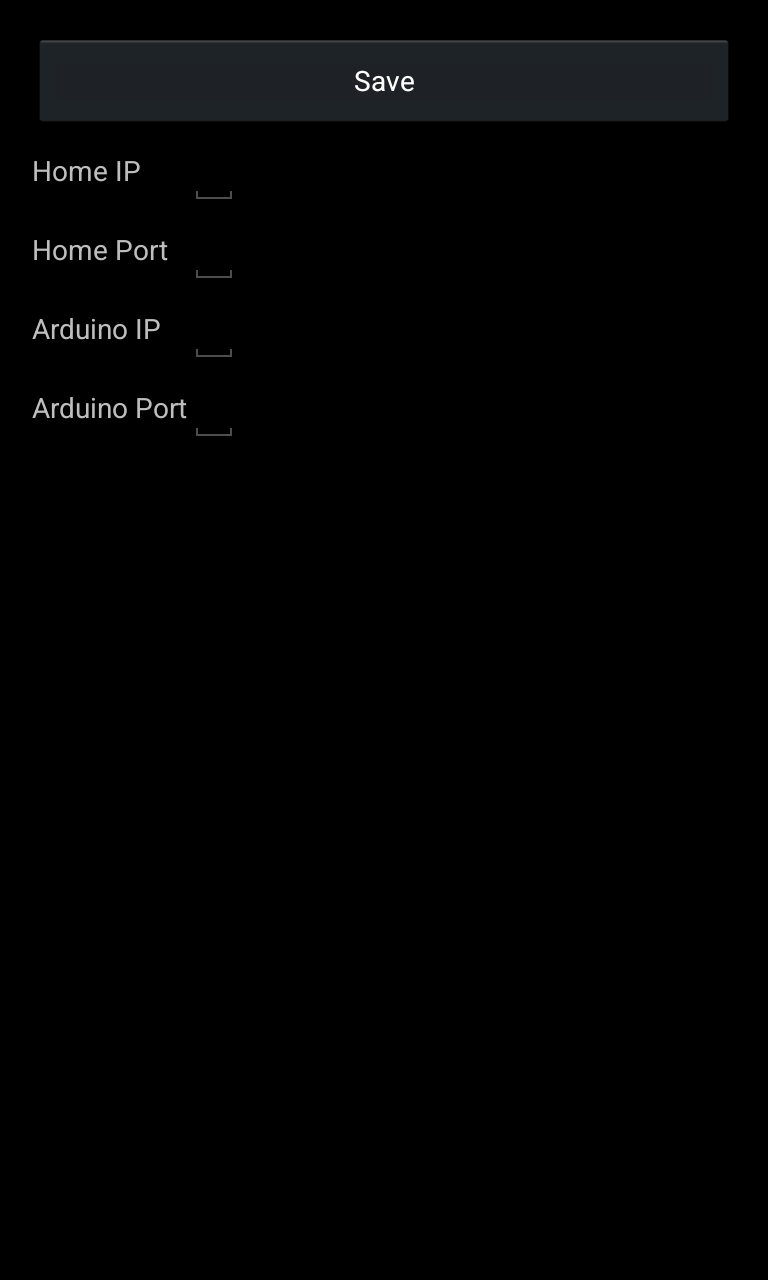
Repository: juanlurie/Android
Layout: HomeCommander/res/layout/settings.xml
The author's editor kept a copy of each file at every save. The layout is drawn from the files as they stood at one save, then again after the next save.
It is drawn on a 768 x 1280 px phone screen (xhdpi) without system bars, with theme AppTheme; the app's code is not run.

Above is the layout before, as saved 2013-08-11 09:27:33.

### HomeCommander/res/layout/settings.xml
<LinearLayout xmlns:android="http://schemas.android.com/apk/res/android"
    xmlns:tools="http://schemas.android.com/tools"
    android:layout_width="match_parent"
    android:layout_height="match_parent"
    android:background="#000000"
    android:orientation="vertical"
    android:paddingBottom="@dimen/activity_vertical_margin"
    android:paddingLeft="@dimen/activity_horizontal_margin"
    android:paddingRight="@dimen/activity_horizontal_margin"
    android:paddingTop="@dimen/activity_vertical_margin"
    tools:context=".MainActivity" >

    <Button
        android:id="@+id/saveSettings"
        style="?android:attr/buttonStyleSmall"
        android:layout_width="match_parent"
        android:layout_height="wrap_content"
        android:text="Save"
        android:textColor="#FFFFFF" />

    <TableLayout
        android:layout_width="fill_parent"
        android:layout_height="fill_parent" >

        <TableRow
            android:id="@+id/tableRow1"
            android:layout_width="wrap_content"
            android:layout_height="wrap_content" >

            <TextView
                android:text="Home IP"
                android:textAppearance="?android:attr/textAppearanceSmall" />

            <EditText android:id="@+id/homeIp" />
        </TableRow>

        <TableRow
            android:id="@+id/tableRow2"
            android:layout_width="wrap_content"
            android:layout_height="wrap_content" >

            <TextView
                android:text="Home Port"
                android:textAppearance="?android:attr/textAppearanceSmall" />

            <EditText android:id="@+id/homePort" />
        </TableRow>

        <TableRow
            android:id="@+id/tableRow3"
            android:layout_width="wrap_content"
            android:layout_height="wrap_content" >

            <TextView
                android:text="Arduino IP"
                android:textAppearance="?android:attr/textAppearanceSmall" />

            <EditText android:id="@+id/arduinoIp" />
        </TableRow>

        <TableRow
            android:id="@+id/tableRow4"
            android:layout_width="wrap_content"
            android:layout_height="wrap_content" >

            <TextView
                android:text="Arduino Port"
                android:textAppearance="?android:attr/textAppearanceSmall" />

            <EditText android:id="@+id/arduinoPort" />
        </TableRow>
    </TableLayout>

</LinearLayout>

### HomeCommander/res/values/styles.xml
<resources>

    <!--
        Base application theme, dependent on API level. This theme is replaced
        by AppBaseTheme from res/values-vXX/styles.xml on newer devices.
    -->
    <style name="AppBaseTheme" parent="android:Theme.Holo">
        <!--
            Theme customizations available in newer API levels can go in
            res/values-vXX/styles.xml, while customizations related to
            backward-compatibility can go here.
        -->
    </style>

    <!-- Application theme. -->
    <style name="AppTheme" parent="android:Theme.Holo">
        <!-- All customizations that are NOT specific to a particular API-level can go here. -->
    </style>

</resources>

Loaded but not shown: HomeCommander/res/values/dimens.xml (common file)

After the next save:
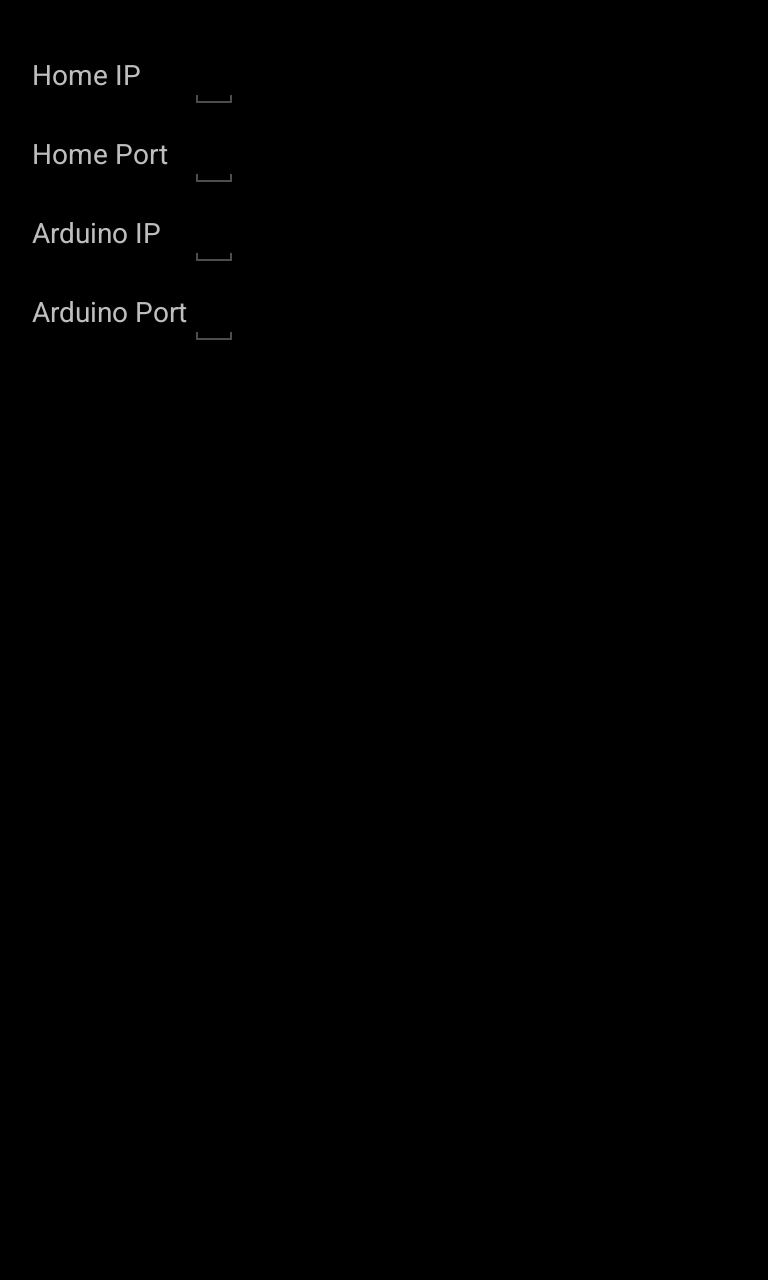
Saved 76 s later.
--- a/HomeCommander/res/layout/settings.xml
+++ b/HomeCommander/res/layout/settings.xml
@@ -9,14 +9,6 @@
     android:paddingRight="@dimen/activity_horizontal_margin"
     android:paddingTop="@dimen/activity_vertical_margin"
     tools:context=".MainActivity" >
-
-    <Button
-        android:id="@+id/saveSettings"
-        style="?android:attr/buttonStyleSmall"
-        android:layout_width="match_parent"
-        android:layout_height="wrap_content"
-        android:text="Save"
-        android:textColor="#FFFFFF" />
 
     <TableLayout
         android:layout_width="fill_parent"
@@ -71,4 +63,12 @@
         </TableRow>
     </TableLayout>
 
+    <Button
+        android:id="@+id/saveSettings"
+        style="?android:attr/buttonStyleSmall"
+        android:layout_width="match_parent"
+        android:layout_height="wrap_content"
+        android:text="Save"
+        android:textColor="#FFFFFF" />
+
 </LinearLayout>
